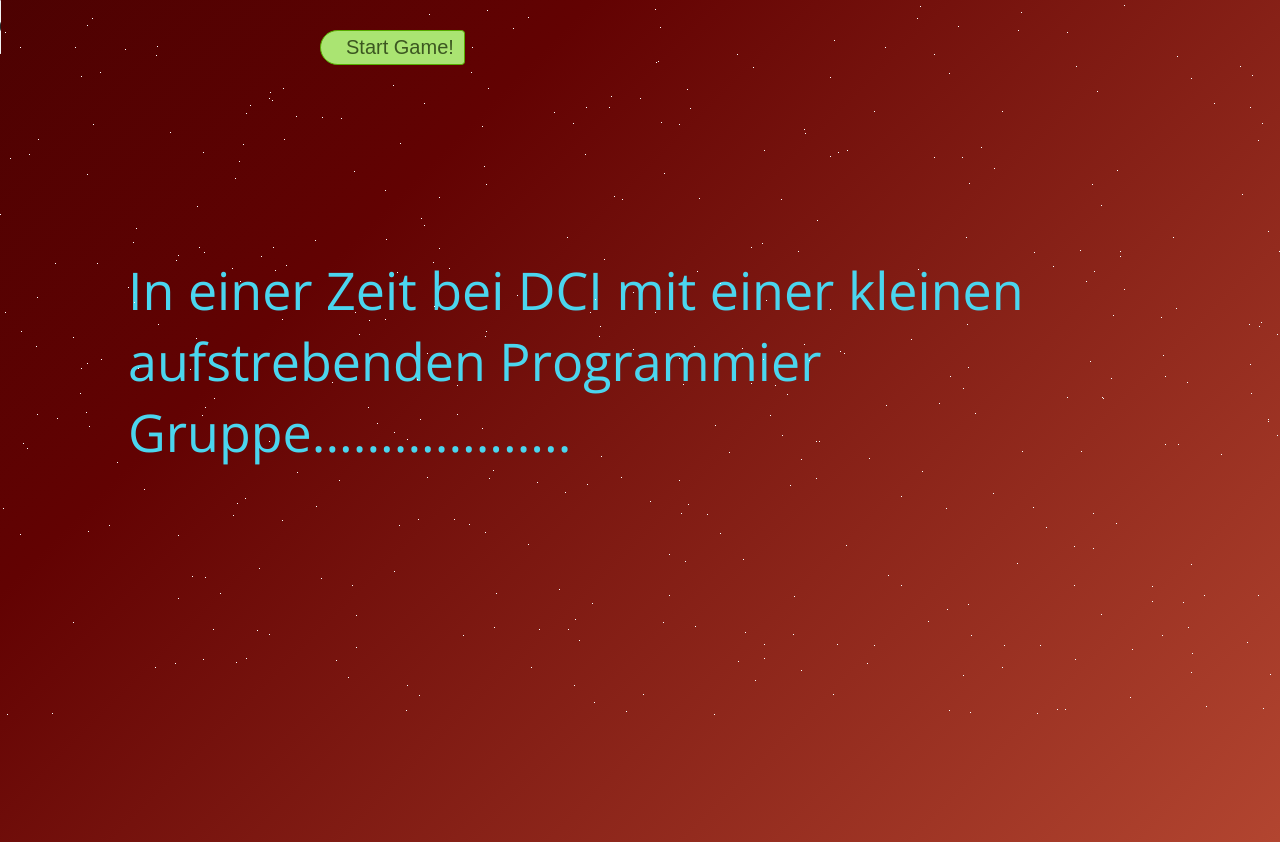
Repository: Der-Metatron/Projekt-Omega-Sprotte
Page: /
The author's editor kept a copy of each file at every save. The page is drawn from the files as they stood at one save, then again after the next save.
The browser window is 1280 px wide. The pictures show the whole page.
The project was rebuilt for these pictures with package versions that can differ from the ones it lists, and the page was loaded fresh each time. Also part of the build but not shown: src/services/game-control.js, src/components/GameCanvas.jsx, src/components/Footer.jsx.

Above is the page before, as saved 2022-06-23 20:48:11.

### public/index.html
<!DOCTYPE html>
<html lang="de">
  <head>
    <meta charset="UTF-8" />
    <meta name="Metatron" content="width=device-width, initial-scale=1.0" />
    <link rel="stylesheet" href="style.css" />

    <title>Projekt-Omega></title>
  </head>

  <body>
    <!-- <body onload="startGame()"> -->
    <div id="root"></div>
    <!-- TEST -->
    <div id="canvasbackground"></div>
  </body>
</html>

### src/App.js
/* Hier werden die Einzelnen Seiten Hinzugefügt */
import "./App.css";
import { useState } from "react";
import { GameCanvas } from "./components/GameCanvas";
import { Welcome } from "./components/Welcome";
import { Footer } from "./components/Footer";
import ReactAudioPlayer from "react-audio-player";

function App() {
  const [currentPage, setCurrentPage] = useState(0);
  return (
    <div className="App">
      {currentPage === 0 ? (
        <>
          <Welcome
            onContinue={() => {
              setCurrentPage(1);
            }}
          />
        </>
      ) : (
        <>
          {" "}
          {/* ----------------------AUDIO IN CANVAS-------------------------- */}
          <ReactAudioPlayer
            className="player"
            src="/audio/Musik/titel 1.mp3"
            autoPlay
            controls
            loop
            volume={0.5}
          />
          <h1>Projekt Omega</h1>
          <GameCanvas />
          <Footer />
        </>
      )}
    </div>
  );
}

export default App;

### src/App.css
html,
body {
  width: 100%;
  height: 100%;
}

h1 {
  text-align: center;
  color: aliceblue;
}

body {
  background: linear-gradient(-45deg, #ee7752, #620202, #000000, #265046);
  background-size: 400% 400%;
  animation: gradient 15s ease infinite;
}

@keyframes gradient {
  0% {
    background-position: 0% 50%;
  }
  50% {
    background-position: 100% 50%;
  }
  100% {
    background-position: 0% 50%;
  }
}

### src/components/Welcome.jsx
import React from "react";
import "./Welcome.css";
import ReactAudioPlayer from "react-audio-player";

function randomPosition() {
  let y = window.innerWidth;
  let x = window.innerHeight;
  let randomX = Math.floor(Math.random() * x);
  let randomY = Math.floor(Math.random() * y);
  return [randomX, randomY];
}

export const Welcome = ({ onContinue }) => {
  const starDivs = [];
  for (let i = 0; i < 400; i++) {
    let xy = randomPosition();
    starDivs.push(
      <div
        key={i}
        className="stars"
        style={{
          top: xy[0],
          left: xy[1],
        }}
      ></div>
    );
  }
  /* ----------------------------------------------------------------------------- */
  console.log(starDivs);
  /* ------------------------------------------------------------------------------ */
  return (
    <div className="welcome-container">
      {starDivs}

      {/* <!-- Erste Inro laufschrift --> */}

      <section className="intro">
        In einer Zeit bei DCI mit einer kleinen aufstrebenden Programmier
        Gruppe...................
      </section>
      <section className="logo">
        <img src="/public/img/Unbenannt.png" alt="Projekt-Omega Geschichte" />
      </section>
      <div id="scroller">
        <div id="content">
          <p id="title">Episode DCI Abschlussprojekt</p>
          <br></br>
          <p id="subtitle">Projekt-Omega</p>
          <br />
          <p>
            Du bist alleine mit deinen Raumschiff Omega und kämpfst in einer
            Dystopischen Welt voller feindlichen Gegnern ums überleben.Während
            des 21.Jahrhundert befinden sich in der Umlaufbahn des Planeten Erde
            durch Umweltverschmutzung,zügelloser verbrauch der Ressourcen und
            Machthungriger Politiker Unmengen an Weltraum Schrott, Satelliten
            und Gruppen verschiedener Fraktionen die versuchen dir das Licht
            auszuknipsen dazu kommen nach und nach eine Invasion von Feindlichen
            Flug Objekten dazu und machen dir das Leben zur Hölle. Messe dich
            mit anderen Spielern um die Höchste Punktzahl,verewige dich in der
            Highscore und werde der Ultimative Retter des Universums.
          </p>
          <p>
            Idee: Der Metatron. Programming: Der Metatron, Serdar, Dennis. Musik
            & Sound: Der Metatron. Grafik: Emergancy-Romm Tattoo, Pixbay, Der
            Metatron. Backend: Serdar. Canvas build React: Ralf.
          </p>
          <p>Erstellt mit: Canvas, Html, Reackt, MongoDb, Express, Css.</p>
          <p>
            Danke an alle die uns bei diesen Projekt unterstützt haben und uns
            die gelegenheit gegeben haben unser Ideen zu verwirklichen.Special
            Thanks to Ralf & Chriatian. Und jetzt viel Spaß beim Zocken!!!
          </p>
          <h2>
            Pfeil Taste Oben, Pfeil Taste Unten, Pfeil Taste Links, Pfeil Taste
            Rechts, Space = Schießen
          </h2>
        </div>
      </div>

      <footer>
        {/* ---------------------AUDIO-------------------------------------------- */}
        <ReactAudioPlayer
          src="/audio/Musik/Projekt Omega cut.mp3"
          autoPlay
          controls
          volume={0.5}
        />
        {/* ----------------------------------------------------------------------- */}
        <button
          className="startbutton"
          onClick={() => {
            onContinue();
          }}
        >
          Start Game!
        </button>
      </footer>
    </div>
  );
};

### src/components/GameCanvas.css
canvas {
  background-color: rgba(122, 234, 10, 0.8);
  padding-left: 0;
  padding-right: 0;
  margin-left: auto;
  margin-right: auto;
  display: block;
  width: 1224px;
  height: 640px;
  padding: 1rem;
}

.punkte {
  color: #56ae00;
  font-size: 2rem;
  font-weight: bolder;
  text-decoration: underline;
  text-align: center;
}
h2 {
  color: aqua;
}

.stopbutton {
  border-radius: 50%;
}
.weiterbutton {
  border-radius: 50%;
}

### src/components/Welcome.css
@import url("https://fonts.googleapis.com/css2?family=Open+Sans&display=swap");

.stars {
  position: absolute;
  width: 1px;
  height: 1px;
  background-color: #fff;
  z-index: 3;
}

.intro {
  position: absolute;
  top: 50%;
  left: 50%;
  transform: translate(-50%, -50%);
  z-index: 2;
  color: rgb(75, 213, 238);
  font-family: "Open Sans", sans-serif;
  font-weight: 500;
  font-size: 3.25rem;
  width: 80%;
  opacity: 0;
  animation: intro 6s ease-out 0.5s;
}

@keyframes intro {
  0% {
    opacity: 0;
  }
  20% {
    opacity: 1;
  }
  90% {
    opacity: 1;
  }
  100% {
    opacity: 0;
  }
}

.logo {
  position: absolute;
  top: 50%;
  left: 50%;
  transform: translate(-50%, -50%);
  z-index: 2;
  width: 100%;
  opacity: 0;
  animation: logo 10s ease-out 9s;
}

.logo img {
  width: inherit;
}

@keyframes logo {
  0% {
    opacity: 1;
    transform: translate(-50%, -50%) scale(2);
  }
  70% {
    opacity: 1;
  }
  100% {
    opacity: 0;
    transform: translate(-50%, -50%) scale(0.1);
  }
}

p {
  color: #ffe81f;
}

#scroller {
  font-family: sans-serif;
  font-weight: bold;
  font-size: 350%;
  text-align: justify;
  overflow: hidden;
  height: 50em;
  width: 20em;
  position: absolute;
  bottom: 0;
  left: 50%;
  margin-left: -10em;
  z-index: 0;
  transform: perspective(350px) rotateX(25deg);
  transform-origin: 50% 100%;
}

#scroller::after {
  position: absolute;
  content: "";
  bottom: 60%;
  left: 0;
  right: 0;
  top: 0;
}

#content {
  position: absolute;
  top: 100%;
  animation: scoller 100s linear 16s;
}

@keyframes scoller {
  0% {
    top: 100%;
  }
  100% {
    top: -200%;
  }
}

#title,
#subtitle {
  text-align: center;
  line-height: 1.5rem;
}

#subtitle {
  text-transform: uppercase;
  font-size: 3.5rem;
}

footer {
  position: absolute;
  z-index: 10;
}
/*  */
.startbutton {
  display: inline-block;
  margin: 20px;
  text-decoration: none;
  font-family: Arial;
  font-size: 20px;
  border: 1px solid #56ae00;
  border-radius: 25px 5px 5px 25px;
  background-color: #aae472;
  color: #3c5721;
  padding: 5px 10px 5px 25px;
}
.startbutton:hover {
  padding: 5px 25px 5px 10px;
  border-radius: 5px 25px 25px 5px;
}

Loaded but not shown: src/index.js (common file); src/index.css (common file); src/reportWebVitals.js (common file); public/style.css (empty)

After the next save:
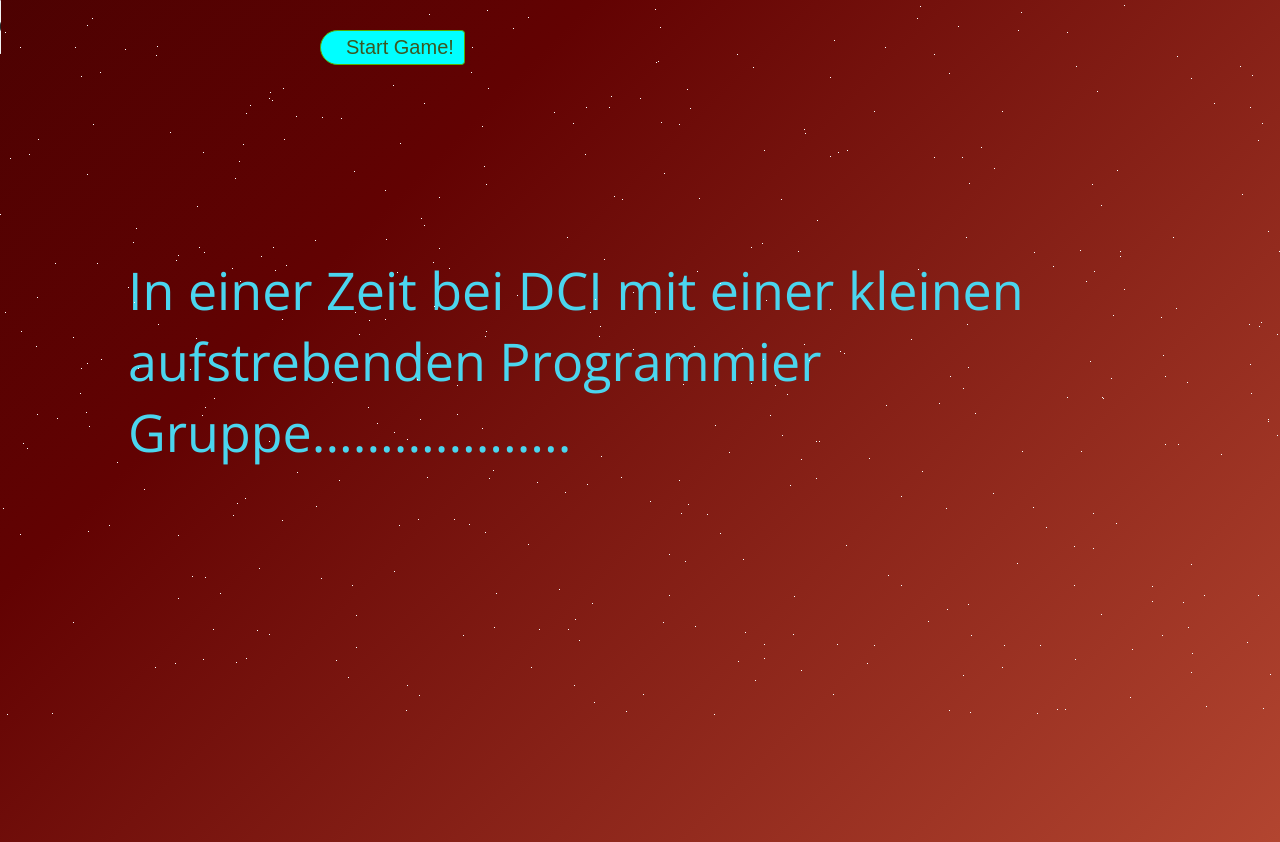
Saved 50 s later.
--- a/src/components/Welcome.css
+++ b/src/components/Welcome.css
@@ -136,7 +136,7 @@
   font-size: 20px;
   border: 1px solid #56ae00;
   border-radius: 25px 5px 5px 25px;
-  background-color: #aae472;
+  background-color: aqua;
   color: #3c5721;
   padding: 5px 10px 5px 25px;
 }
